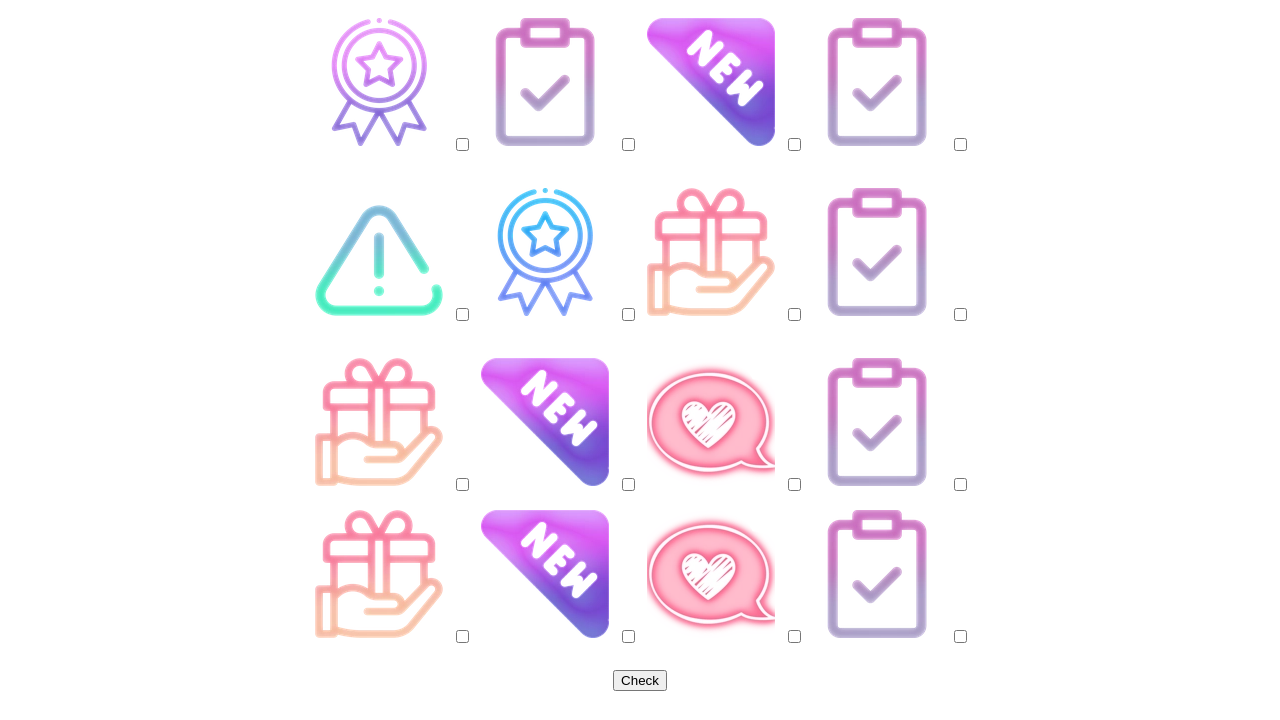
Repository: vichubenzene/-MWin_ui
Page: main.html
The author's editor kept a copy of each file at every save. The page is drawn from the files as they stood at one save, then again after the next save.
The browser window is 1280 px wide. The pictures show the whole page.

Above is the page before, as saved 2022-10-10 16:44:43.

### main.html
<!DOCTYPE html>
<html>

<head>
    <style>
        .column {
            float: center;
            padding: 5px;
            min-width: "22vh";
            min-height: "22vh";
        }
        /* Clear floats after image containers */

        .row::after {
            content: "";
            float: center;
            clear: both;
            display: table;
        }
    </style>
</head>

<body>
    <div class="row" style=" text-align: center">
        <div class="column" style=" text-align: center">

            <img src="images/834538140450160661.png" id="i1" alt="Snow" style="padding: 5px">
            <input type="checkbox" id="myCheckbox1" />
            <img src="images/834541394987057242.png" id="i2" alt="Snow" style="padding: 5px">
            <input type="checkbox" id="myCheckbox2" />
            <img src="images/834535415628562442 (1).png" id="i3" alt="Snow" style=" padding: 5px">
            <input type="checkbox" id="myCheckbox3" />
            <img src="images/834541394987057242.png" id="i10" alt="Snow" style="padding: 5px">
            <input type="checkbox" id="myCheckbox10" />
        </div>
    </div>
    <br>
    <div class="row" style=" text-align: center">
        <div class="column" style=" text-align: center">
            <img src="images/834541395074613248.png" id="i4" alt="Snow" style="padding: 5px">
            <input type="checkbox" id="myCheckbox4" />
            <img src="images/834541395930251336.png" id="i5" alt="Snow" style="padding: 5px">
            <input type="checkbox" id="myCheckbox5" />
            <img src="images/834541395749371916.png" id="i6" alt="Snow" style="padding: 5px">
            <input type="checkbox" id="myCheckbox6" />
            <img src="images/834541394987057242.png" id="i11" alt="Snow" style="padding: 5px">
            <input type="checkbox" id="myCheckbox11" />

        </div>
    </div>
    <br>
    <div class="row" style=" text-align: center">
        <div class="column" style=" text-align: center">
            <img src="images/834541395749371916.png" id="i7" alt="Snow" style="padding: 5px">
            <input type="checkbox" id="myCheckbox7" />
            <img src="images/834535415628562442 (1).png" id="i8" alt="Snow" style="padding: 5px">
            <input type="checkbox" id="myCheckbox8" />
            <img src="images/881778101003120652 (1).png" id="i9" alt="Snow" style="padding: 5px">
            <input type="checkbox" id="myCheckbox9" />
            <img src="images/834541394987057242.png" id="i12" alt="Snow" style="padding: 5px">
            <input type="checkbox" id="myCheckbox12" />
        </div>
    </div>
    <div class="row" style=" text-align: center">
        <div class="column" style=" text-align: center">
            <img src="images/834541395749371916.png" id="i13" alt="Snow" style="padding: 5px">
            <input type="checkbox" id="myCheckbox13" />
            <img src="images/834535415628562442 (1).png" id="i14" alt="Snow" style="padding: 5px">
            <input type="checkbox" id="myCheckbox14" />
            <img src="images/881778101003120652 (1).png" id="i15" alt="Snow" style="padding: 5px">
            <input type="checkbox" id="myCheckbox15" />
            <img src="images/834541394987057242.png" id="i16" alt="Snow" style="padding: 5px">
            <input type="checkbox" id="myCheckbox16" />
        </div>
    </div>
    <br>
    <div style="text-align: center;">
        <button onclick="check()">Check</button>

    </div>
    <script>
        async function check() {
            console.log("cb.checked");
            var i1 = document.getElementById('i1');
            var i2 = document.getElementById('i2');
            var i3 = document.getElementById('i3');
            var i4 = document.getElementById('i4');
            var i5 = document.getElementById('i5');
            var i6 = document.getElementById('i6');
            var i7 = document.getElementById('i7');
            var i8 = document.getElementById('i8');
            var i9 = document.getElementById('i9');
            var i10 = document.getElementById('i10');
            var i11 = document.getElementById('i11');
            var i12 = document.getElementById('i12');
            var i13 = document.getElementById('i13');
            var i14 = document.getElementById('i14');
            var i15 = document.getElementById('i15');
            var i16 = document.getElementById('i16');
            var c1 = document.getElementById('myCheckbox1');
            var c2 = document.getElementById('myCheckbox2');
            var c3 = document.getElementById('myCheckbox3');
            var c4 = document.getElementById('myCheckbox4');
            var c5 = document.getElementById('myCheckbox5');
            var c6 = document.getElementById('myCheckbox6');
            var c7 = document.getElementById('myCheckbox7');
            var c8 = document.getElementById('myCheckbox8');
            var c9 = document.getElementById('myCheckbox9');
            var c10 = document.getElementById('myCheckbox10');
            var c11 = document.getElementById('myCheckbox11');
            var c12 = document.getElementById('myCheckbox12');
            var c13 = document.getElementById('myCheckbox13');
            var c14 = document.getElementById('myCheckbox14');
            var c15 = document.getElementById('myCheckbox15');
            var c16 = document.getElementById('myCheckbox16');
            const items = ["images/881778101003120652 (1).png", "images/834535415628562442 (1).png", "images/834538140450160661.png", "images/834541394987057242.png", "images/834541395074613248.png", "images/834541395749371916.png", "images/834541395930251336.png"];
            if (c1.checked) {
                i1.src = items[Math.floor(Math.random() * items.length)];
                c1.checked = false
            }
            if (c2.checked) {
                i2.src = items[Math.floor(Math.random() * items.length)];
                c2.checked = false
            }
            if (c3.checked) {
                i3.src = items[Math.floor(Math.random() * items.length)];
                c3.checked = false
            }
            if (c4.checked) {
                i4.src = items[Math.floor(Math.random() * items.length)];
                c4.checked = false
            }
            if (c5.checked) {
                i5.src = items[Math.floor(Math.random() * items.length)];
                c5.checked = false
            }
            if (c6.checked) {
                i6.src = items[Math.floor(Math.random() * items.length)];
                c6.checked = false
            }
            if (c7.checked) {
                i7.src = items[Math.floor(Math.random() * items.length)];
                c7.checked = false
            }
            if (c8.checked) {
                i8.src = items[Math.floor(Math.random() * items.length)];
                c8.checked = false
            }
            if (c9.checked) {
                i9.src = items[Math.floor(Math.random() * items.length)];
                c9.checked = false
            }
            if (c10.checked) {
                i10.src = items[Math.floor(Math.random() * items.length)];
                c10.checked = false
            }
            if (c11.checked) {
                i11.src = items[Math.floor(Math.random() * items.length)];
                c11.checked = false
            }
            if (c12.checked) {
                i12.src = items[Math.floor(Math.random() * items.length)];
                c12.checked = false
            }
            if (c13.checked) {
                i13.src = items[Math.floor(Math.random() * items.length)];
                c13.checked = false
            }
            if (c14.checked) {
                i14.src = items[Math.floor(Math.random() * items.length)];
                c14.checked = false
            }
            if (c15.checked) {
                i15.src = items[Math.floor(Math.random() * items.length)];
                c15.checked = false
            }
            if (c16.checked) {
                i16.src = items[Math.floor(Math.random() * items.length)];
                c16.checked = false
            }

        }
    </script>
</body>

</html>

After the next save:
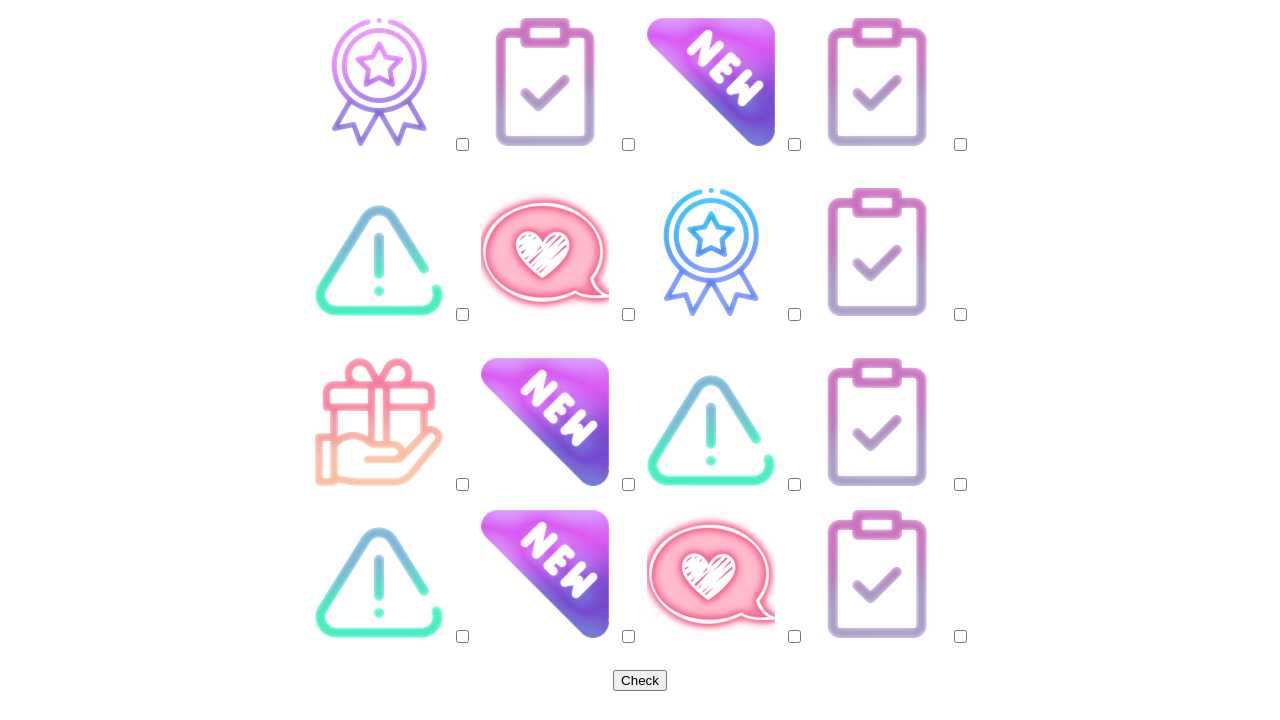
Saved 82 s later.
--- a/main.html
+++ b/main.html
@@ -39,9 +39,9 @@
         <div class="column" style=" text-align: center">
             <img src="images/834541395074613248.png" id="i4" alt="Snow" style="padding: 5px">
             <input type="checkbox" id="myCheckbox4" />
-            <img src="images/834541395930251336.png" id="i5" alt="Snow" style="padding: 5px">
+            <img src="images/881778101003120652 (1).png" id="i5" alt="Snow" style="padding: 5px">
             <input type="checkbox" id="myCheckbox5" />
-            <img src="images/834541395749371916.png" id="i6" alt="Snow" style="padding: 5px">
+            <img src="images/834541395930251336.png" id="i6" alt="Snow" style="padding: 5px">
             <input type="checkbox" id="myCheckbox6" />
             <img src="images/834541394987057242.png" id="i11" alt="Snow" style="padding: 5px">
             <input type="checkbox" id="myCheckbox11" />
@@ -55,7 +55,7 @@
             <input type="checkbox" id="myCheckbox7" />
             <img src="images/834535415628562442 (1).png" id="i8" alt="Snow" style="padding: 5px">
             <input type="checkbox" id="myCheckbox8" />
-            <img src="images/881778101003120652 (1).png" id="i9" alt="Snow" style="padding: 5px">
+            <img src="images/834541395074613248.png" id="i9" alt="Snow" style="padding: 5px">
             <input type="checkbox" id="myCheckbox9" />
             <img src="images/834541394987057242.png" id="i12" alt="Snow" style="padding: 5px">
             <input type="checkbox" id="myCheckbox12" />
@@ -63,7 +63,7 @@
     </div>
     <div class="row" style=" text-align: center">
         <div class="column" style=" text-align: center">
-            <img src="images/834541395749371916.png" id="i13" alt="Snow" style="padding: 5px">
+            <img src="images/834541395074613248.png" id="i13" alt="Snow" style="padding: 5px">
             <input type="checkbox" id="myCheckbox13" />
             <img src="images/834535415628562442 (1).png" id="i14" alt="Snow" style="padding: 5px">
             <input type="checkbox" id="myCheckbox14" />
